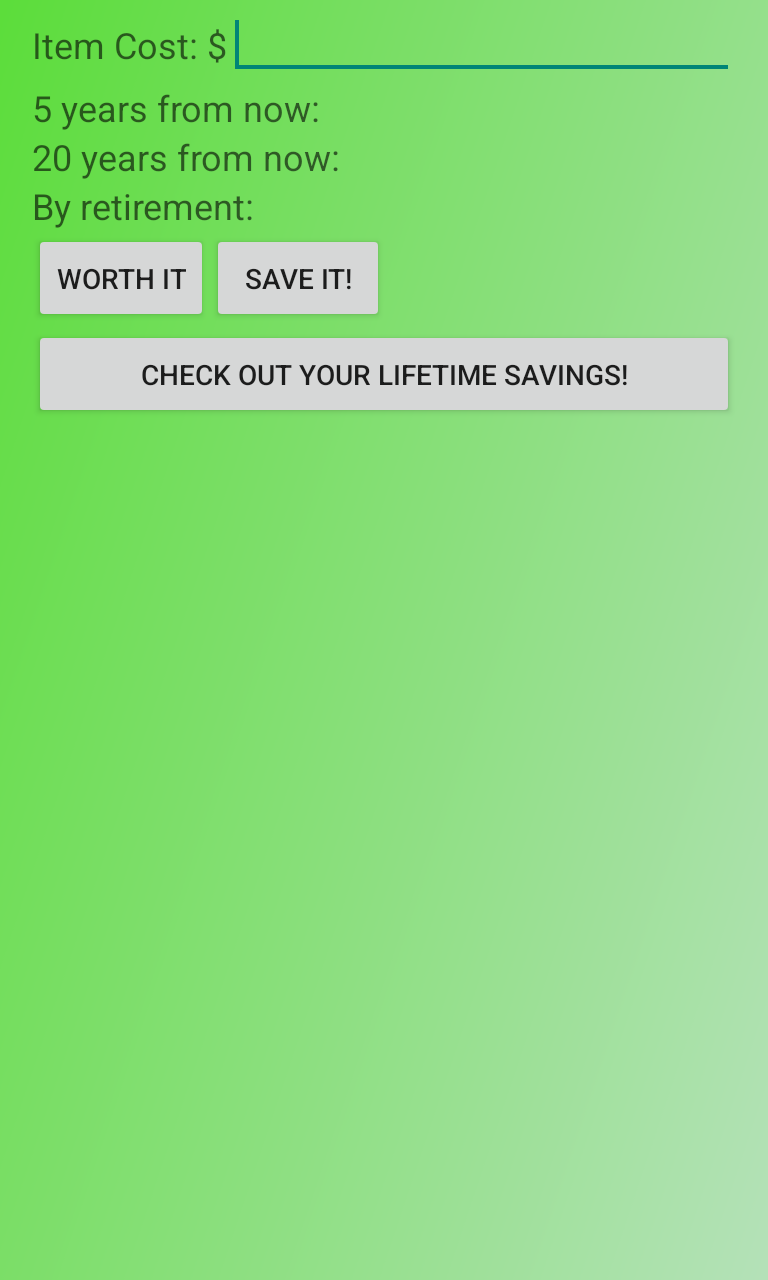
Repository: aallev11/saveit
Layout: ShouldISaveIt/res/layout/activity_main.xml
An editor plug-in stored every save of this project. The layout is shown before and after the next save, followed by the edit.
It is drawn on a 768 x 1280 px phone screen (xhdpi) without system bars, with theme AppTheme; the app's code is not run.

Above is the layout before, as saved 2014-03-30 15:22:45.

### ShouldISaveIt/res/layout/activity_main.xml
<FrameLayout xmlns:android="http://schemas.android.com/apk/res/android"
    xmlns:tools="http://schemas.android.com/tools"
    android:id="@+id/container"
    android:layout_width="match_parent"
    android:layout_height="match_parent"
    android:background="@drawable/background"
    tools:context="com.example.shouldisaveit.MainActivity"
    tools:ignore="MergeRootFrame" >

    <LinearLayout
        android:layout_width="fill_parent"
        android:layout_height="fill_parent"
        android:orientation="vertical"
        android:paddingLeft="16dp"
        android:paddingRight="16dp" >

        <LinearLayout
            android:layout_width="fill_parent"
            android:layout_height="wrap_content"
            android:orientation="horizontal" >

            <TextView
                android:id="@+id/itemCost"
                android:layout_width="wrap_content"
                android:layout_height="wrap_content"
                android:text="Item Cost: $"
                android:textAppearance="?android:attr/textAppearanceMedium" />

            <EditText
                android:id="@+id/editItemCost"
                android:layout_width="match_parent"
                android:layout_height="wrap_content"
                android:ems="10"
                android:inputType="numberDecimal"
                android:width="40dp" >

                <requestFocus />
            </EditText>
        </LinearLayout>

        <LinearLayout
            android:layout_width="fill_parent"
            android:layout_height="wrap_content"
            android:orientation="horizontal" >

            <TextView
                android:layout_width="wrap_content"
                android:layout_height="wrap_content"
                android:text="5 years from now:  "
                android:textAppearance="?android:attr/textAppearanceMedium" />

            <TextView
                android:id="@+id/edit5years"
                android:layout_width="match_parent"
                android:layout_height="wrap_content"
                android:ems="10"
                android:width="40dp" >
            </TextView>
        </LinearLayout>

        <LinearLayout
            android:layout_width="fill_parent"
            android:layout_height="wrap_content"
            android:orientation="horizontal" >

            <TextView
                android:layout_width="wrap_content"
                android:layout_height="wrap_content"
                android:text="20 years from now:  "
                android:textAppearance="?android:attr/textAppearanceMedium" />

            <TextView
                android:id="@+id/edit20years"
                android:layout_width="match_parent"
                android:layout_height="wrap_content"
                android:ems="10"
                android:width="40dp" >
            </TextView>
        </LinearLayout>

        <LinearLayout
            android:layout_width="fill_parent"
            android:layout_height="wrap_content"
            android:orientation="horizontal" >

            <TextView
                android:layout_width="wrap_content"
                android:layout_height="wrap_content"
                android:text="By retirement:  "
                android:textAppearance="?android:attr/textAppearanceMedium" />

            <TextView
                android:id="@+id/editByRetirement"
                android:layout_width="match_parent"
                android:layout_height="wrap_content"
                android:ems="10"
                android:width="40dp" >
            </TextView>
        </LinearLayout>

        <LinearLayout
            android:layout_width="fill_parent"
            android:layout_height="wrap_content"
            android:orientation="horizontal" >

            <Button
                android:id="@+id/worthIt"
                android:layout_width="wrap_content"
                android:layout_height="wrap_content"
                android:onClick="worthIt"
                android:text="Worth It" />

            <Button
                android:id="@+id/saveIt"
                android:layout_width="wrap_content"
                android:layout_height="wrap_content"
                android:onClick="saveIt"
                android:text="Save It!" />
        </LinearLayout>

        <LinearLayout
            android:layout_width="fill_parent"
            android:layout_height="wrap_content"
            android:orientation="horizontal" >

            <Button
                android:id="@+id/putIntoRetirement"
                android:layout_width="wrap_content"
                android:layout_height="wrap_content"
                android:visibility="gone"
                android:onClick="Save it in Retirement Instead!"
                android:text="Worth It" />

            <Button
                android:id="@+id/putIntoStudentDebt"
                android:visibility="gone"
                android:layout_width="wrap_content"
                android:layout_height="wrap_content"
                android:onClick="saveIt"
                android:text="Pay off some of your student debt instead!" />
        </LinearLayout>

        <LinearLayout
            android:layout_width="fill_parent"
            android:layout_height="wrap_content"
            android:orientation="horizontal" >

            <Button
                android:id="@+id/lifetimeSavings"
                android:layout_width="fill_parent"
                android:layout_height="wrap_content"
                android:onClick="lifetimeSavings"
                android:text="Check out your lifetime savings!" />
        </LinearLayout>
    </LinearLayout>

</FrameLayout>

Loaded but not shown: ShouldISaveIt/res/values/styles.xml (common file); ShouldISaveIt/res/values-v11/styles.xml (common file); ShouldISaveIt/res/values-v14/styles.xml (common file)

After the next save:
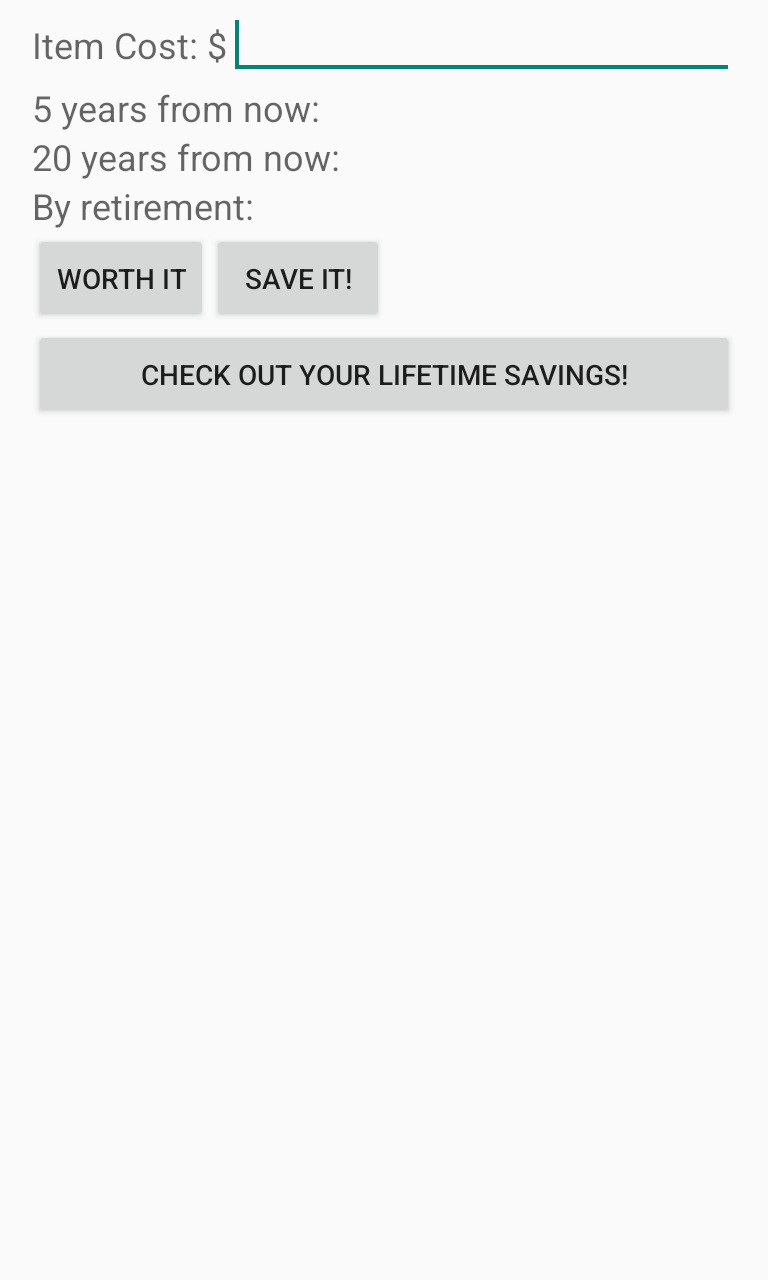
Saved 104 s later.
--- a/ShouldISaveIt/res/layout/activity_main.xml
+++ b/ShouldISaveIt/res/layout/activity_main.xml
@@ -3,7 +3,6 @@
     android:id="@+id/container"
     android:layout_width="match_parent"
     android:layout_height="match_parent"
-    android:background="@drawable/background"
     tools:context="com.example.shouldisaveit.MainActivity"
     tools:ignore="MergeRootFrame" >
 
